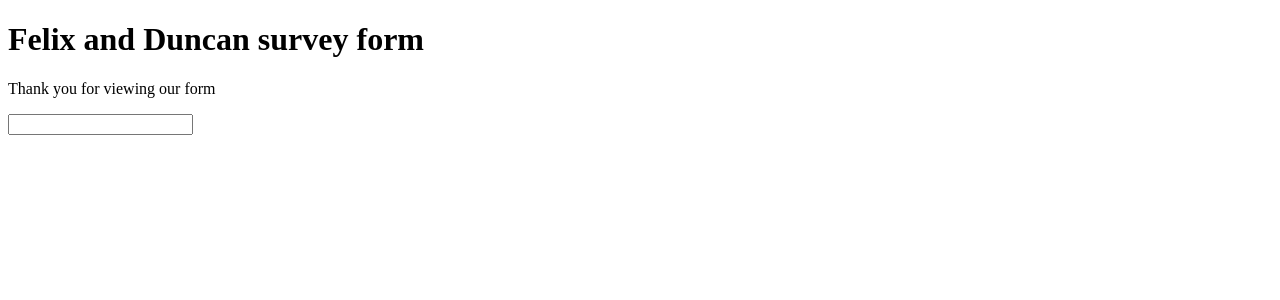
Repository: felix-vondee/felix-duncan
Page: index.html
The author's editor kept a copy of each file at every save. The page is drawn from the files as they stood at one save, then again after the next save.
The browser window is 1280 px wide. The pictures show the whole page.

Above is the page before, as saved 2020-11-27 11:48:46.

### index.html
<!DOCTYPE html>
<html lang="en">

<head>
    <meta charset="UTF-8">
    <title>Fork Me! FCC: Test Suite Template</title>
    <link rel="stylesheet" href="css/style.css">
</head>

<body>
    <h1 id="title">Felix and Duncan survey form</h1>
    <p id="description">Thank you for viewing our form</p>
    <form id="survey-form">
        <input type="text" id="name">
    </form>

    <script src="https://cdn.freecodecamp.org/testable-projects-fcc/v1/bundle.js"></script>

    <!--

    Hello Camper!

    For now, the test suite only works in Chrome!
    Please read the README below in the JS Editor before beginning.
    Feel free to delete this message once you have read it.
    Good luck and Happy Coding!

    - The freeCodeCamp Team

    -->
    <script src="js/index.js"></script>
</body>

</html>

### js/index.js
// !! IMPORTANT README:

// You may add additional external JS and CSS as needed to complete the project, however the current external resource MUST remain in place for the tests to work. BABEL must also be left in place.

/***********
INSTRUCTIONS:
  - Select the project you would
    like to complete from the dropdown
    menu.
  - Click the "RUN TESTS" button to
    run the tests against the blank
    pen.
  - Click the "TESTS" button to see
    the individual test cases.
    (should all be failing at first)
  - Start coding! As you fulfill each
    test case, you will see them go
    from red to green.
  - As you start to build out your
    project, when tests are failing,
    you should get helpful errors
    along the way!
    ************/

// PLEASE NOTE: Adding global style rules using the * selector, or by adding rules to body {..} or html {..}, or to all elements within body or html, i.e. h1 {..}, has the potential to pollute the test suite's CSS. Try adding: * { color: red }, for a quick example!

// Once you have read the above messages, you can delete all comments.
"use strict";

Loaded but not shown: css/style.css (no stored copy; drawn as an empty file)

After the next save:
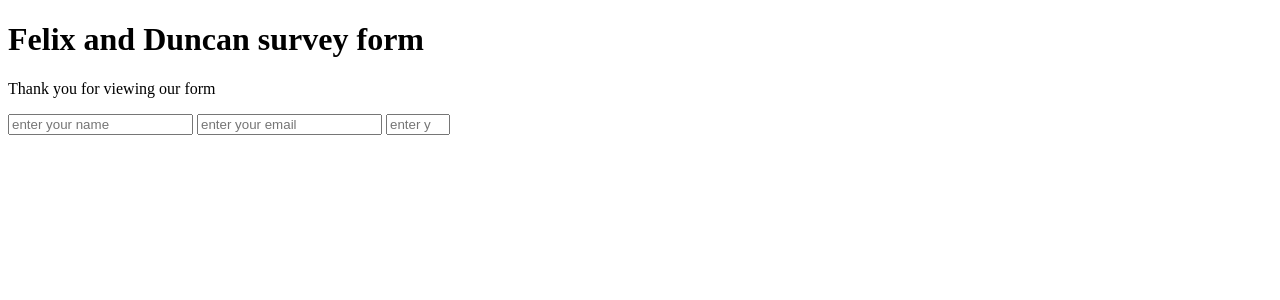
Saved 14 min 26 s later.
--- a/index.html
+++ b/index.html
@@ -11,7 +11,12 @@
     <h1 id="title">Felix and Duncan survey form</h1>
     <p id="description">Thank you for viewing our form</p>
     <form id="survey-form">
-        <input type="text" id="name">
+        <input type="text" placeholder="enter your name" id="name-label">
+        <input type="email" placeholder="enter your email" id="email-label" validate>
+        <input type="number" placeholder="enter your age" id="number-label" max="100" min="18" validate>
+
+
+
     </form>
 
     <script src="https://cdn.freecodecamp.org/testable-projects-fcc/v1/bundle.js"></script>
